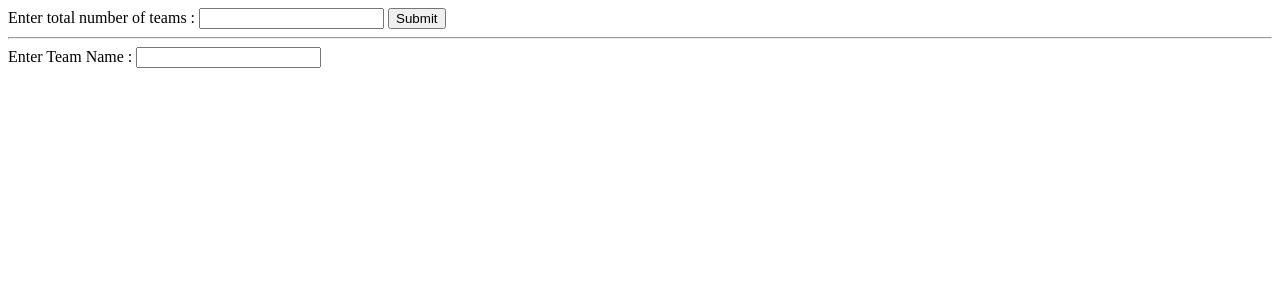
Repository: seleco29/Random-Team-Matcher-Servlet-Jsp
Page: http://localhost/Random_Team_Matcher_v2.0/
An editor plug-in stored every save of this project. The page is shown before and after the next save, followed by the edit.
The browser window is 1280 px wide. The pictures show the whole page.
The page is served by Tomcat 9. Other server files are loaded and not shown.

Above is the page before, as saved 2023-01-19 10:06:57.

### Random Team Matcher v2.0/src/main/webapp/index.jsp
<%@ page language="java" contentType="text/html; charset=UTF-8"
    pageEncoding="UTF-8"%>
    <%@ taglib prefix = "c" uri = "http://java.sun.com/jsp/jstl/core" %>
<!DOCTYPE html>
<html>
<head>
<meta charset="UTF-8">
<title>Home Page</title>
</head>
<body>
<form action="index.jsp" target="_self">
Enter total number of teams : <input type="number" name="totalTeams">
<input type="submit" value="Submit">
</form>
<hr/>
<form action="<%=request.getContextPath()%>/home">
<c:forEach begin="0" end="${param.totalTeams}">
Enter Team Name : <input type="text" name="team">
</c:forEach>
</form>
</body>
</html>

After the next save:
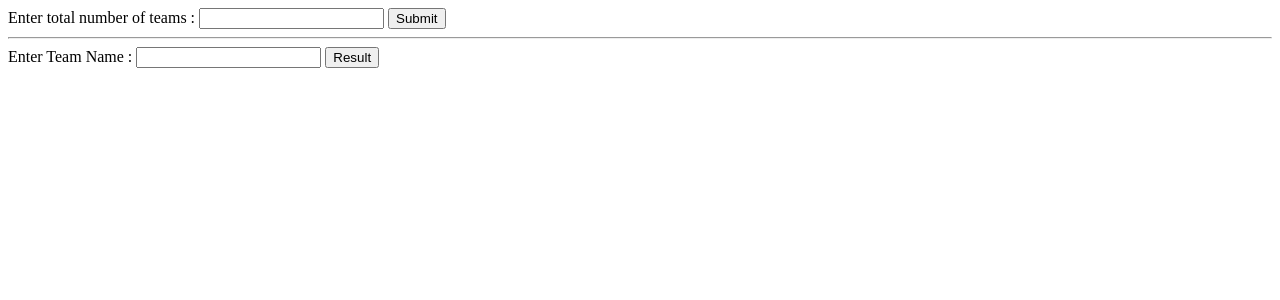
Saved 36 s later.
--- a/Random Team Matcher v2.0/src/main/webapp/index.jsp
+++ b/Random Team Matcher v2.0/src/main/webapp/index.jsp
@@ -17,6 +17,7 @@
 <c:forEach begin="0" end="${param.totalTeams}">
 Enter Team Name : <input type="text" name="team">
 </c:forEach>
+<input type="submit" value="Result">
 </form>
 </body>
 </html>
